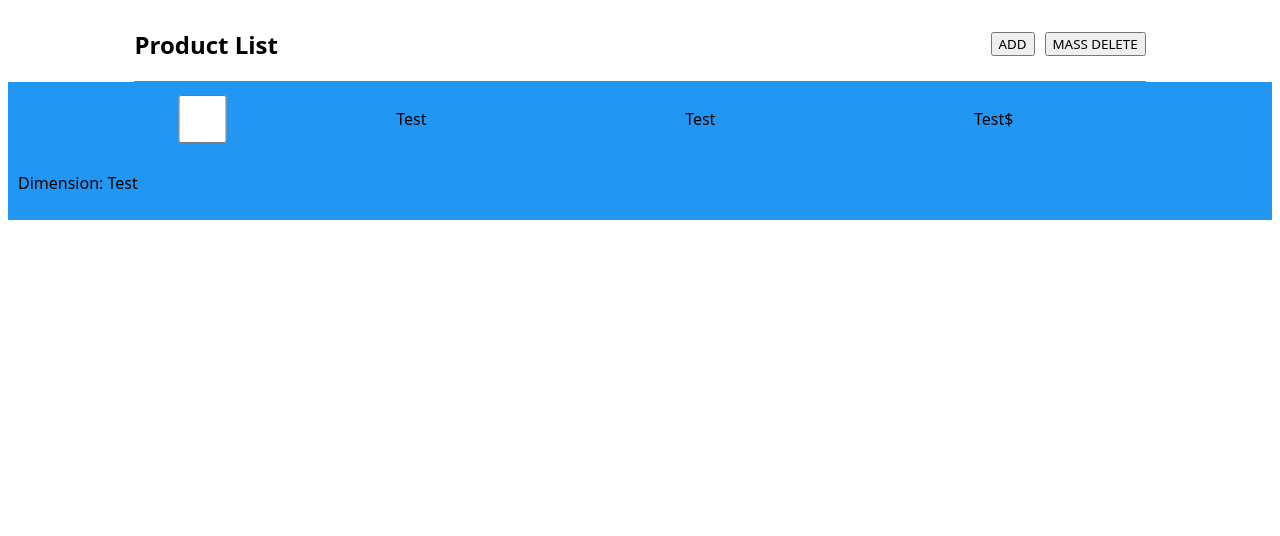
Repository: gabyto19/scandiweb
Page: http://localhost/
These files come from the project's save history. The page is drawn as it stood at one moment and after the next save; the edit follows.
The browser window is 1280 px wide. The pictures show the whole page.
The page is run by PHP 8.4 with error messages shown; the project is at /var/www/html/.

Above is the page before, as saved 2023-03-07 18:26:43.

### index.php
<!DOCTYPE html>
<html lang="en">

<head>
  <meta charset="UTF-8" />
  <meta name="viewport" content="width=device-width, initial-scale=1.0" />
  <title>Vue Basics</title>
  <link href="https://fonts.googleapis.com/css2?family=Jost:wght@400;700&display=swap" rel="stylesheet" />
  <link rel="stylesheet" href="styles.css" />
  <script src="https://unpkg.com/vue@next" defer></script>
  <script src="https://unpkg.com/vue@3/dist/vue.global.js"></script>
</head>

<body>
  <section id="app">
    <nav>
      <h2>Product List</h2>
      <div class="rightButtons">
        <button><a style="text-decoration: none; color: black" href="addPage.php">ADD</a>
        </button>
        <button class="delete-checkbox" id="delete-product-btn">MASS DELETE</button>
      </div>
    </nav>


    <div>
      <div class="grid-container">
        <input type="checkbox" id="delete-checkbox" class="delete-checkbox" />
        <p>Test</p>
        <p>Test</p>
        <p>Test$</p>
        <p>Dimension: Test</p>
      </div>
    </div>
  </section>

  <script src="https://unpkg.com/vue@3/dist/vue.global.js"></script>
  <script src="index.js"></script>

</body>

</html>
<style scoped>
  .rightButtons button:first-child {
    margin-right: 10px;
  }

  .grid-container {
    display: grid;
    grid-template-columns: auto auto auto auto;
    gap: 10px;
    background-color: #2196F3;
    padding: 10px;
  }

  .grid-container>div {
    background-color: rgba(255, 255, 255, 0.8);
    text-align: center;
    padding: 20px 0;
    font-size: 30px;
  }
</style>

### styles.css
nav {
    width: 80%;
    display: flex;
    justify-content: space-between;
    align-items: center;
    margin: auto;
    border-bottom: solid 1px gray;
  }

  * {
    font-family: system-ui;
  }

### index.js
Vue.createApp({
  data() {
    return {
      sku:"",
      name:"",
      price:"",
      dimension:"",
    };
  },
}).mount("#app");

After the next save:
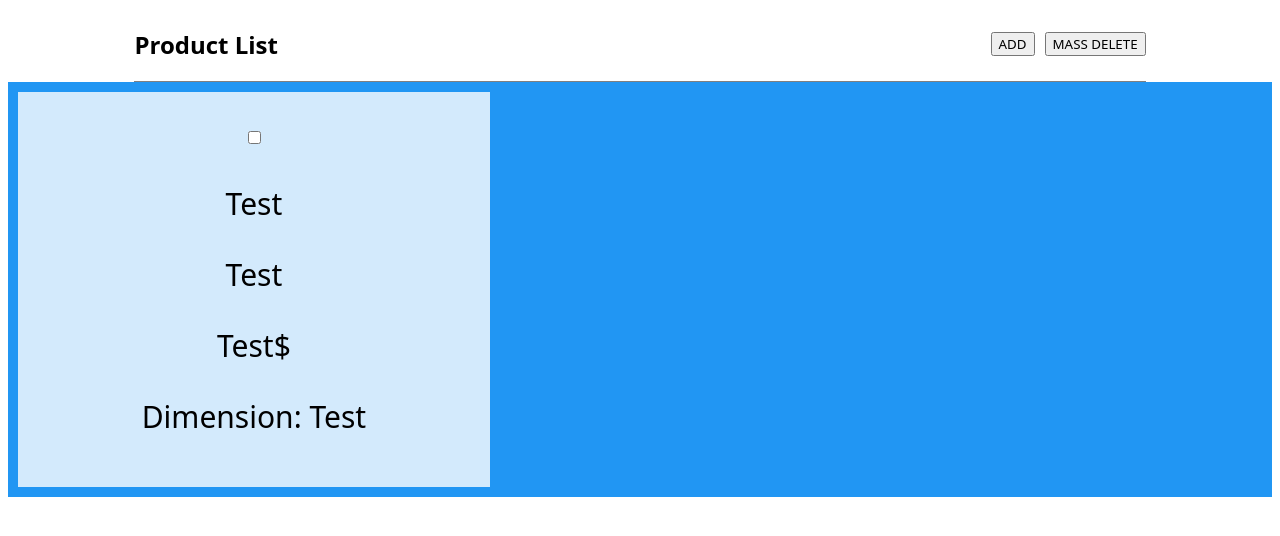
Saved 53 s later.
--- a/index.php
+++ b/index.php
@@ -23,8 +23,8 @@
     </nav>
 
 
-    <div>
-      <div class="grid-container">
+    <div class="grid-container">
+      <div>
         <input type="checkbox" id="delete-checkbox" class="delete-checkbox" />
         <p>Test</p>
         <p>Test</p>
